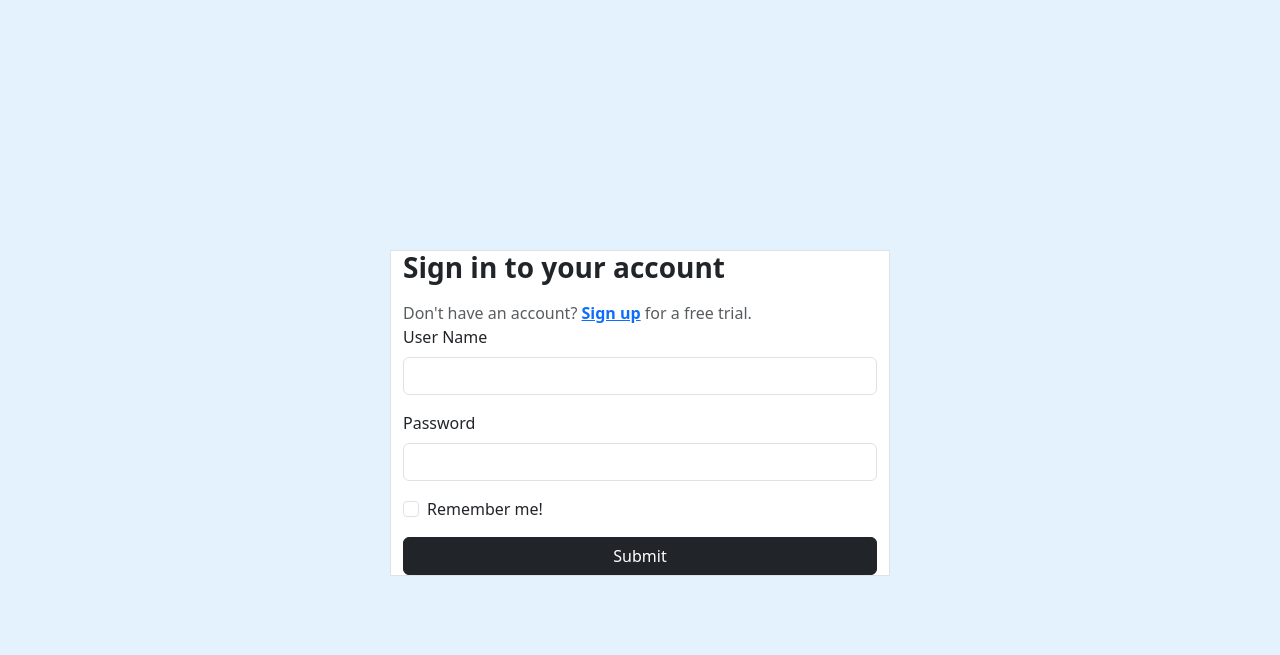
Repository: tranhuuan1703/BaiTapServlet
Page: http://localhost/bai_tap_jsp_servlet/loginPageController
These files come from the project's save history. The page is drawn as it stood at one moment and after the next save; the edit follows.
The browser window is 1280 px wide. The pictures show the whole page.
The page is served by Tomcat 9.

Above is the page before, as saved 2024-08-14 06:47:28.

After the next save:
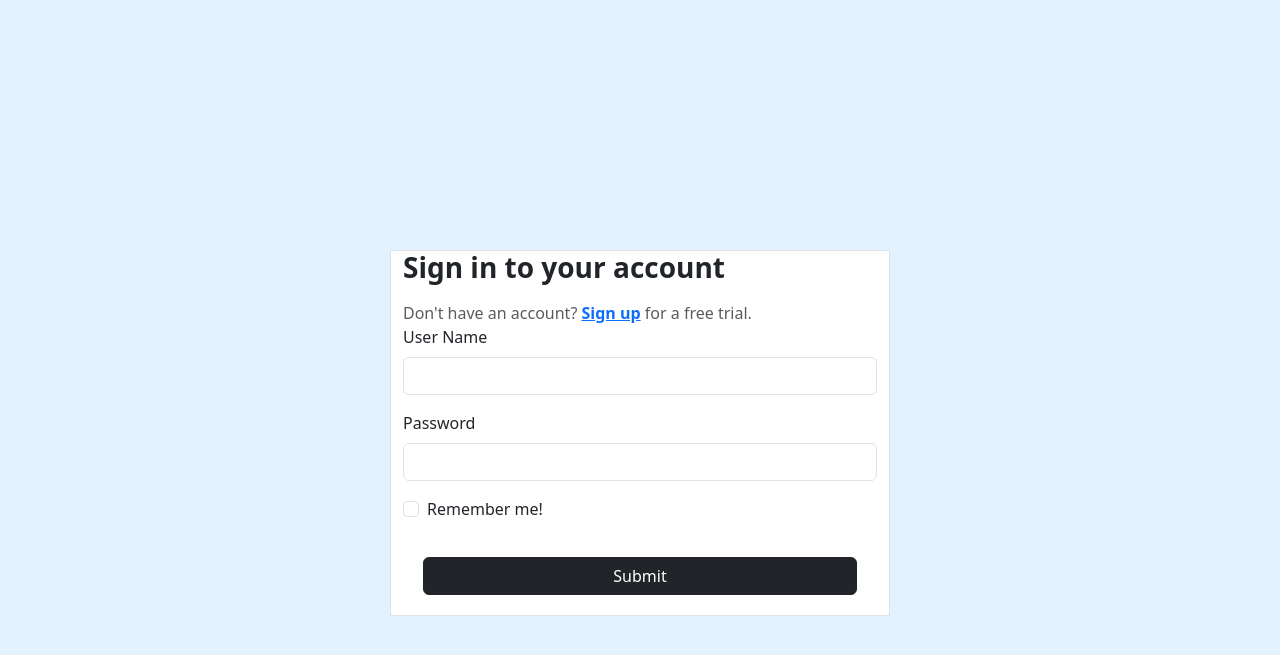
Saved 43 s later.
--- a/bai_tap_jsp_servlet/bai_tap_jsp_servlet/src/main/webapp/views/login.jsp
+++ b/bai_tap_jsp_servlet/bai_tap_jsp_servlet/src/main/webapp/views/login.jsp
@@ -73,7 +73,7 @@
 		    <input type="checkbox" class="form-check-input" id="exampleCheck1" name="rememberMe">
 		    <label class="form-check-label" for="exampleCheck1" >Remember me!</label>
 		  </div>
-		  <div class="grid text-center" style="margin-botton:20px;">
+		  <div class="grid text-center" style="padding:20px;">
 		  	<button type="submit" class="btn btn-dark w-100">Submit</button>
 		  </div>
 
